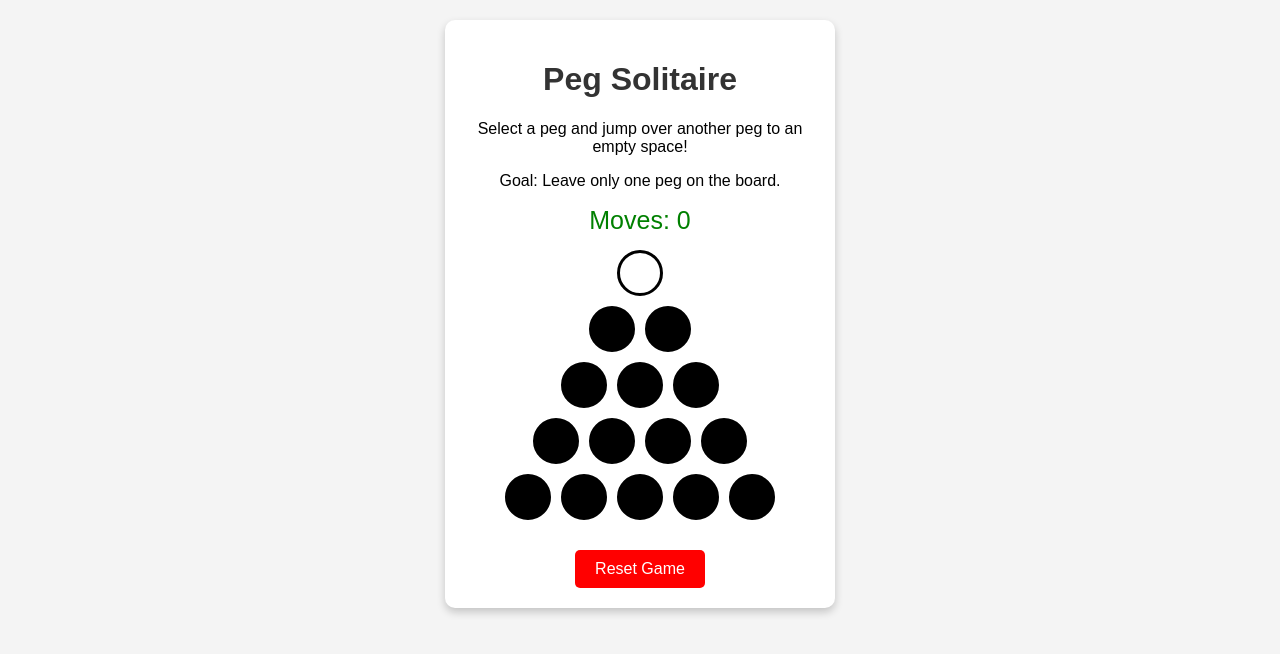
Repository: Yash19075/Mathematical-Peg-game
Page: Peg-game.html
An editor plug-in stored every save of this project. The page is shown before and after the next save, followed by the edit.
The browser window is 1280 px wide. The pictures show the whole page.

Above is the page before, as saved 2025-03-19 10:50:02.

After the next save:
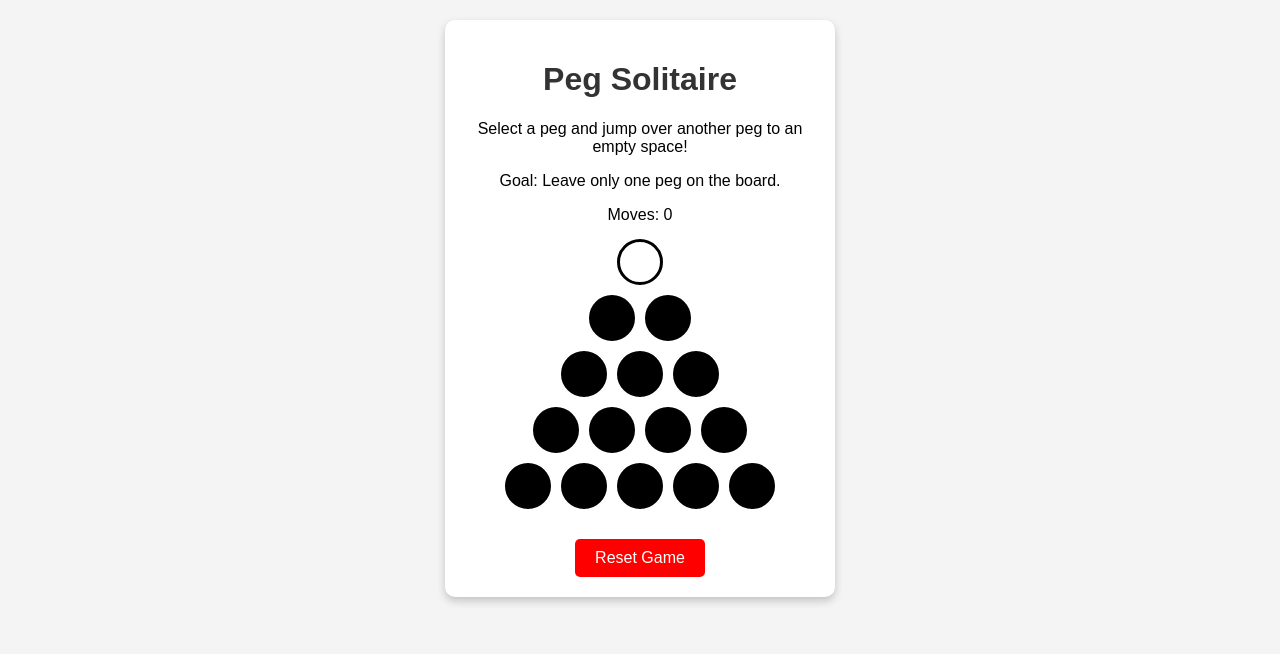
Saved 12 s later.
--- a/Peg-game.html
+++ b/Peg-game.html
@@ -13,7 +13,7 @@
         <p>Select a peg and jump over another peg to an empty space!</p>
         <p>Goal: Leave only one peg on the board.</p>
 
-        <div id="move-counter">Moves: 0</div>
+        <div class="move-counter">Moves: 0</div>
 
         <div class="peg-board">
             <div class="row">

After the save that followed:
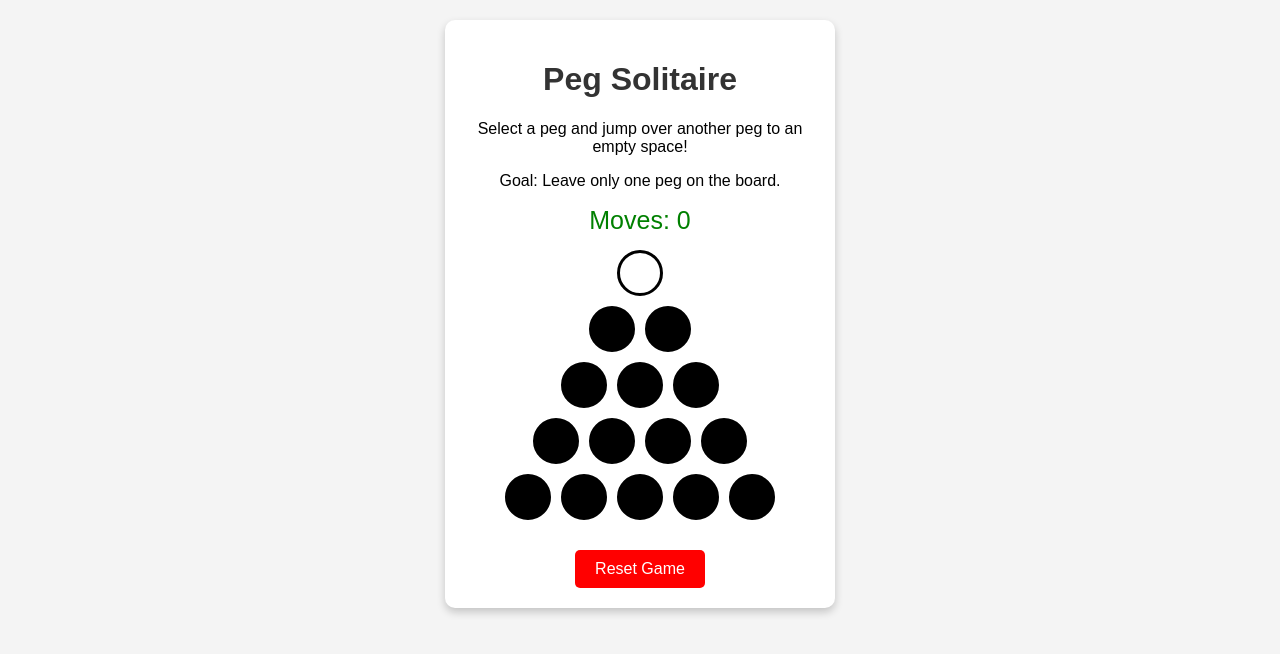
Saved 6 s later.
--- a/Peg-game.css
+++ b/Peg-game.css
@@ -58,7 +58,7 @@ h1 {
     background-color: darkred;
 }
 
-#move-counter {
+.move-counter {
     font-size: 25px;
     margin-top: 15px;
     margin-bottom: 0px;
